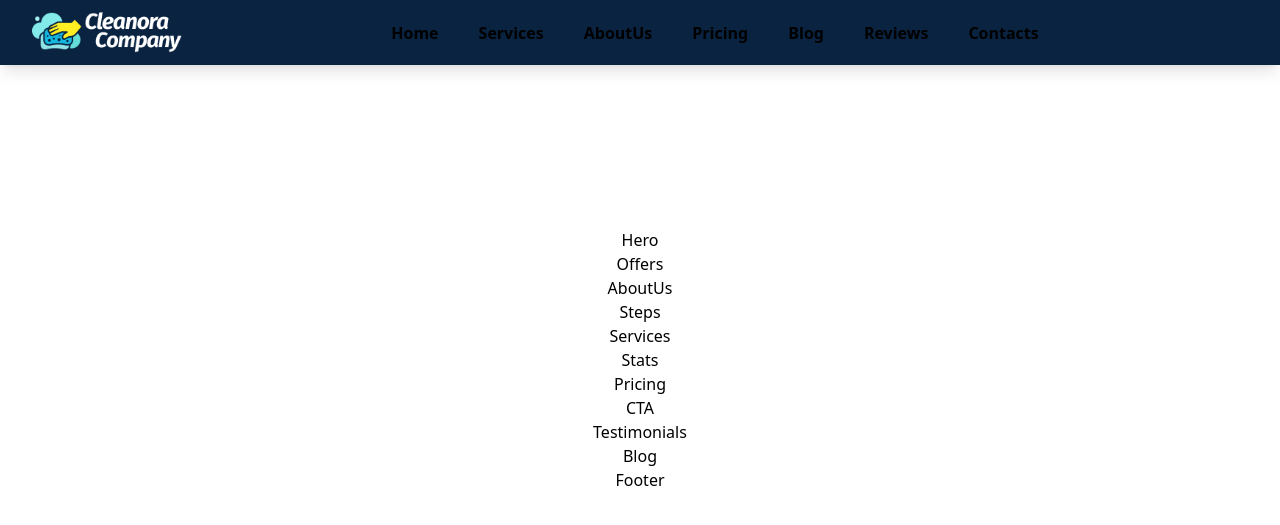
Repository: remydev47/cleonara
Page: /
An editor plug-in stored every save of this project. The page is shown before and after the next save, followed by the edit.
The browser window is 1280 px wide. The pictures show the whole page.
The project was rebuilt for these pictures with package versions that can differ from the ones it lists, and the page was loaded fresh each time. The framework's server and built-in components were replaced by stand-ins that run in the browser. Also part of the build but not shown: next.config.js.

Above is the page before, as saved 2022-11-01 12:34:32.

### pages/_app.tsx
import '../styles/globals.css'
import type { AppProps } from 'next/app'
import Header from '../components/Header'

function MyApp({ Component, pageProps }: AppProps) {
  return(
    <>
      <Header />
      <Component {...pageProps} />
    </>

  )
}

export default MyApp

### pages/index.tsx
import type { NextPage } from 'next'
import Head from 'next/head'
import Image from 'next/image'
import { AboutUs, CTA, Hero, Offers, Pricing, Services, Blog, Stats, Steps, Testimonials, Footer } from '../components'

const Home: NextPage = () => {
  return (
    <div className="flex min-h-screen flex-col items-center justify-center py-2">
      <Head>
        <title>CLEONARA</title>
        <link rel="icon" href="/favicon.ico" />
      </Head>
      <Hero/>
      <Offers />
      <AboutUs />
      <Steps />
      <Services />
      <Stats />
      <Pricing />
      <CTA />
      <Testimonials />
      <Blog />
      <Footer />
    </div>
  )
}

export default Home

### components/Header.tsx
import React from 'react';
import { navLinks } from '../constants';
import Menupopover from './Menupopover';
import Image from 'next/image';
import Logo from './Logo';

const Header = () => {
  return (
    <header className="fixed inset-x-0 bg-[#092341] z-20 flex justify-between items-center py-2 px-2 shadow-lg dark:bg-slate-900 sm:py-3 sm:px-8">
            <div className='flex grow-0 basis-1/3 md:hidden'>
                <Menupopover />
            </div>

             <div className='flex grow-0 justify-center md:justify-start'>
                <Logo />

            </div>


            <ul className="list-none sm:flex hidden justify-center items-center flex-1">
            {navLinks.map((nav, index) => (
                <li
                key={nav.id}
                className={`font-bold cursor-pointer text-[16px] hover:text-blue-400
                   ${index === navLinks.length - 1 ? 'mr-0' : 'mr-10'}
                  text-black `}
                >
                    <a>{nav.title}</a>
                </li>
            ))}
           </ul>

        </header>
  )
}

export default Header

### components/index.ts
import Hero from "./Hero";
import Offers from "./Offers";
import AboutUs from "./AboutUs";
import Steps from "./Steps";
import Services from "./Services";
import Stats from "./Stats";
import Pricing from "./Pricing";
import CTA from "./CTA";
import Testimonials from "./Testimonials";
import Blog from "./Blog";
import Footer from "./Footer";

export {
    Hero, Offers, AboutUs, Steps, Services, Stats, Pricing, CTA, Testimonials, Blog, Footer
}

### constants/index.ts
export const navLinks=[
    {
        id:"home",
        title:"Home",
    },
    {
        id:"services",
        title:"Services",
    },
    {
        id:"AboutUs",
        title:"AboutUs",
    },
    {
        id:"pricing",
        title:"Pricing",
    },
    {
        id:"blog",
        title:"Blog",
    },
    {
        id:"reviews",
        title:"Reviews",
    },
    {
        id:"contacts",
        title:"Contacts",
    },
]

### components/Menupopover.tsx
import React, {useState, Fragment} from 'react';
import { navLinks } from '../constants';
import { IconButton, Button } from './Button';
import { Transition, Dialog } from '@headlessui/react';
import Logo from './Logo';
import Image from 'next/image';

const Menupopover = () => {
  const [isOpen, setIsOpen] = useState(false)

  return (
    <div>
    <IconButton
      variant='ghost'
      aria-label='menu'
      onClick={() => setIsOpen(!isOpen)}
    >
      <svg className='h-6 w-6 ' fill='none' stroke='currentColor'>
        <path
          strokeLinecap='round'
          strokeLinejoin='round'
          strokeWidth={2}
          d='M4 6h16M4 12h16M4 18h16'
        />
      </svg>
    </IconButton>
    <Transition
      show={isOpen}
      appear
      as={Fragment}
      enter='transform transition ease-in-out duration-300'
      enterFrom='-translate-x-full'
      enterTo='translate-x-0'
      leave='transform transition ease-in-out duration-300 delay-200'
      leaveFrom='translate-x-0'
      leaveTo='-translate-x-full'
     >
     <Dialog
       as='div'
       className={`fixed inset-0 z-50`}
       onClose={setIsOpen}
       open={isOpen}
       >
       <Transition.Child
         as={Fragment}
         enter='ease-out duration-300 delay-300'
         enterFrom='opacity-0'
         enterTo='opacity-100'
         leave='ease-in duration-200'
         leaveFrom='opacity-100'
         leaveTo='opacity-0'
       >

        <Dialog.Overlay
          className={`fixed inset-0 bg-black/20 backdrop-blur-sm dark:bg-gray-900/80`}
         />
      </Transition.Child>
       <div className={styles.dialogcontainer}>
        <a className='mx-auto mt-4 flex w-[140px] '>
          <Logo />
        </a>
        <ul
            className={styles.navWrapper2}
         >
            {navLinks.map((nav, index) => (
                <li
                 key={nav.id}
                 className={` font-bold cursor-pointer text-[16px]
                  mt-2 border-t border-slate-200 py-4 dark:border-slate-600
                  ${index === navLinks.length - 1 ? 'mr-0' : 'mb-4'}
                  text-white `}
                >
                 <a href={`#${nav.id}`}>
                    {nav.title}
                 </a>
                </li>
             ))}
         </ul>

        <IconButton
          variant='ghost'
          aria-label='close menu'
          className='absolute top-5 right-5'
          onClick={() => setIsOpen(false)}
        >
          <svg
            viewBox='0 0 10 10'
            className='h-2.5 w-2.5 overflow-visible'
            aria-hidden='true'
          >
            <path
                d='M0 0L10 10M10 0L0 10'
                fill='none'
                stroke='currentColor'
                strokeWidth='2'
                strokeLinecap='round'
              />
          </svg>
        </IconButton>
       </div>
     </Dialog>
    </Transition>
  </div>
  )
}

export default Menupopover;

const styles ={
  dialogcontainer:`fixed top-0 bottom-0 left-0 w-full max-w-xs rounded-r-xl bg-[#092341] p-6 shadow-lg dark:bg-gray-800`,
  menuitems:`group relative flex h-9 items-center oveflow-hidden rounded-md hover:bg-slate-200/50`,
  navWrapper2:`list-none flex flex-col justify-end items-center flex-1`,
}

### components/Logo.tsx
import React from 'react'
import Image from 'next/image'

const Logo = () => {
  return (
    <div>
        <Image
          src='/images/logo.png'
          alt='Cleonara'
          height={80}
          width={150}
        />
    </div>
  )
}

export default Logo

### components/Steps.tsx
import React from 'react'

const Steps = () => {
  return (
    <div>Steps</div>
  )
}

export default Steps

### components/Button/index.tsx
import React, { forwardRef } from "react";
//import { __DEV__ } from "../../utils/assertions";

type BaseButtonProps = Omit<React.HTMLProps<HTMLButtonElement>, "size">;

/* === Button Element === */

export interface ButtonProps extends BaseButtonProps {
  children: React.ReactNode;
  fullWidth?: boolean;
  className?: string;
  variant?: "solid" | "outline" | "ghost";
  size?: "sm" | "md" | "lg";
  as?: string;
  isExternal?: boolean;
  type?: "button" | "submit" | "reset";
}

export const Button = forwardRef<HTMLButtonElement, ButtonProps>(
  (
    {
      children,
      variant = "solid",
      size = "md",
      fullWidth = false,
      className,
      as = "button",
      isExternal = false,
      ...rest
    },
    ref
  ) => {
    let tempClassNames: string[] = [];

    const sharedClasses = [
      "capitalize",
      "focus:outline-none",
      "focus:ring-2",
      "focus:ring-indigo-400",
      "focus:ring-offset-2",
      "focus:ring-offset-indigo-50",
      "font-semibold",
      "rounded-full",
      "inline-flex",
      "flex-shrink-0",
      "items-center",
      "justify-center",
      "transition-colors",
      "ease-in-out",
      "duration-500",
    ];

    if (fullWidth) sharedClasses.push("w-full");

    // handle variants
    let btnSolid = ["bg-indigo-600", "hover:bg-indigo-700", "text-white"];
    let btnOutline = [
      "dark:text-white",
      "hover:text-indigo-700",
      "hover:dark:text-indigo-700",
      "bg-transparent",
      "hover:bg-indigo-50",
      "border",
      "border-indigo-600",
    ];
    let btnGhost = [
      "bg-transparent",
      "dark:text-white",
      "hover:bg-indigo-50",
      "hover:text-indigo-700",
      "hover:dark:text-indigo-700",
    ];

    if (variant === "solid") {
      tempClassNames = [...sharedClasses, ...btnSolid];
    } else if (variant === "outline") {
      tempClassNames = [...sharedClasses, ...btnOutline];
    } else if (variant === "ghost") {
      tempClassNames = [...sharedClasses, ...btnGhost];
    }

    // handle sizes
    let sizeSm = ["h-8", "px-2", "text-sm"];
    let sizeMd = ["h-10", "px-3"];
    let sizeLg = ["h-12", "px-4", "text-lg"];

    if (size === "sm") {
      tempClassNames = [...tempClassNames, ...sizeSm];
    } else if (size === "md") {
      tempClassNames = [...tempClassNames, ...sizeMd];
    } else if (size === "lg") {
      tempClassNames = [...tempClassNames, ...sizeLg];
    }

    let classes = tempClassNames.join(" ");

    let Element = as ? (
      React.createElement(
        as,
        {
          className: `${classes} ${className}`,
          target: isExternal ? "_blank" : undefined,
          rel: isExternal ? "noopener noreferrer" : undefined,
          ref,
          ...rest,
        },
        children
      )
    ) : (
      <button {...rest} className={`${classes} ${className}`} ref={ref}>
        {children}
      </button>
    );

    return Element;
  }
);

// if (__DEV__) {
//   Button.displayName = "Button";
// }

/* === IconButton Element === */

export interface IconButtonProps extends ButtonProps {
  icon?: React.ReactElement;
  "aria-label": string;
}

export const IconButton = forwardRef<HTMLButtonElement, IconButtonProps>(
  (
    {
      children,
      icon,
      className,
      "aria-label": ariaLabel,
      size = "md",
      ...rest
    },
    ref
  ) => {
    let sharedClasses = ["rounded-full", "!px-0"];

    // handle sizes
    let sizeSm = ["w-8"];
    let sizeMd = ["w-10"];
    let sizeLg = ["w-12"];

    if (size === "sm") {
      sharedClasses = [...sharedClasses, ...sizeSm];
    } else if (size === "md") {
      sharedClasses = [...sharedClasses, ...sizeMd];
    } else if (size === "lg") {
      sharedClasses = [...sharedClasses, ...sizeLg];
    }

    /**
     * Passing the icon as prop or children should work
     */
    const element = icon || children;
    const _children = React.isValidElement(element)
      ? React.cloneElement(element as any, {
          "aria-hidden": true,
          focusable: false,
        })
      : null;

    let classes = sharedClasses.join(" ");
    return (
      <Button
        className={`${classes} ${className}`}
        aria-label={ariaLabel}
        size={size}
        {...rest}
        ref={ref}
      >
        {_children}
      </Button>
    );
  }
)

Loaded but not shown: styles/globals.css (common file); components/Hero.tsx (common file); components/Offers.tsx (common file); components/AboutUs.tsx (common file); components/Services.tsx (common file); components/Stats.tsx (common file); components/Pricing.tsx (common file); components/CTA.tsx (common file); components/Testimonials.tsx (common file); components/Blog.tsx (common file); components/Footer.tsx (common file); tailwind.config.js (common file)

After the next save:
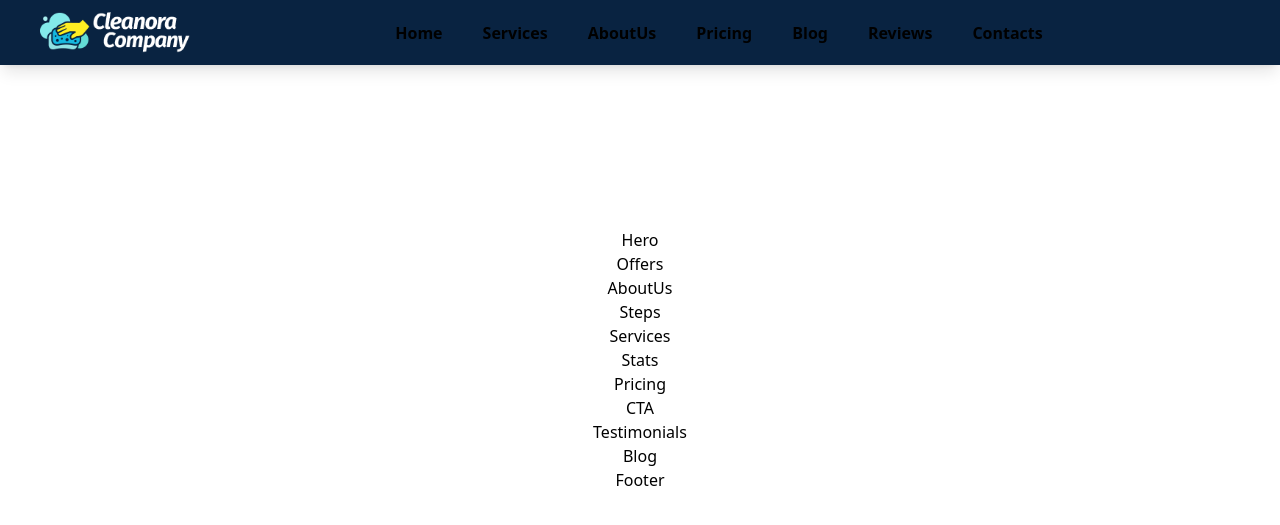
Saved 34 s later.
--- a/components/Header.tsx
+++ b/components/Header.tsx
@@ -11,7 +11,7 @@ const Header = () => {
                 <Menupopover />
             </div>
 
-             <div className='flex grow-0 justify-center md:justify-start'>
+             <div className='flex grow-0 ml-2 justify-center md:justify-start'>
                 <Logo />
 
             </div>
